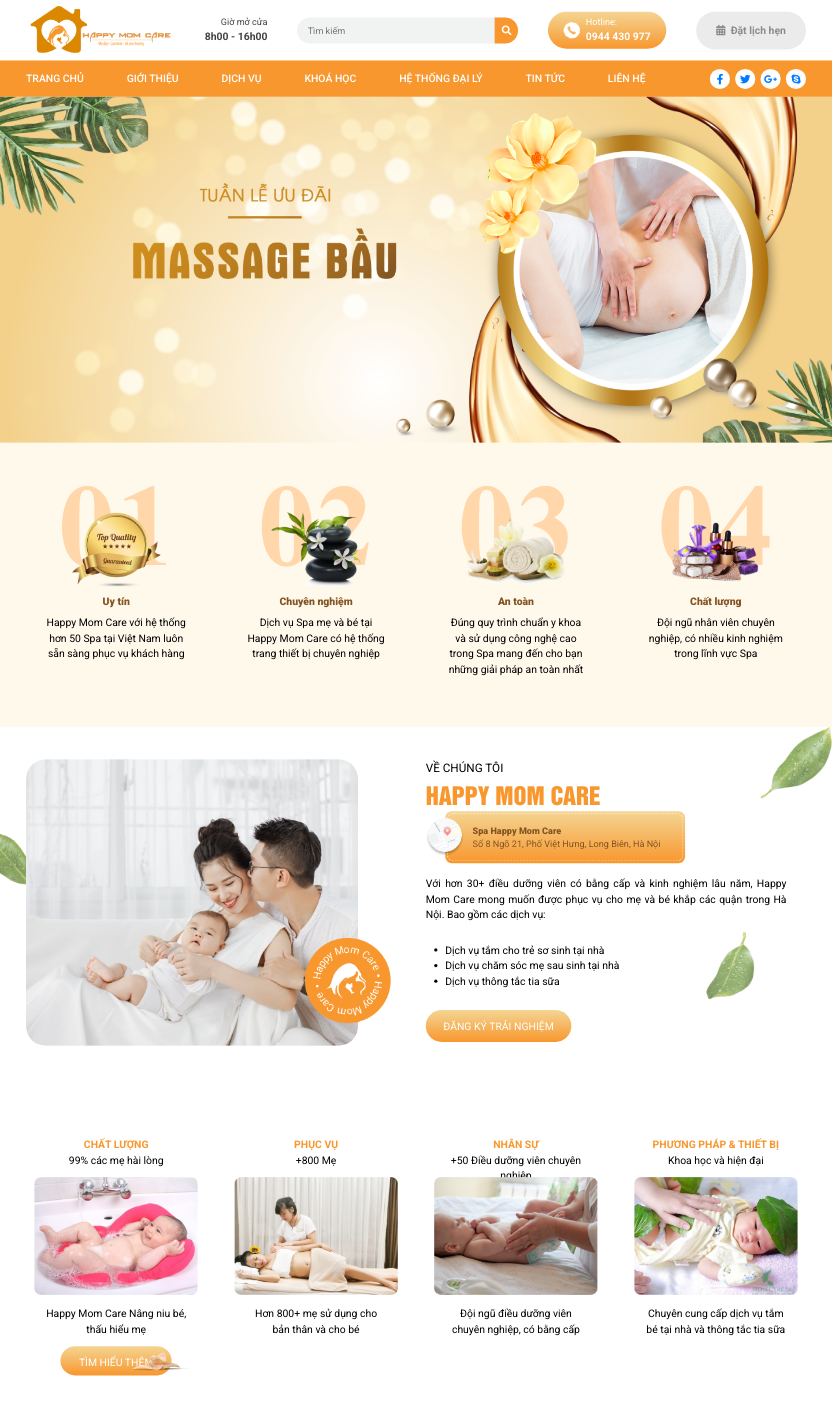
Repository: haianh12082001/happymom
Page: index.html
An editor plug-in stored every save of this project. The page is shown before and after the next save, followed by the edit.
The browser window is 1280 px wide. The pictures show the whole page, at 65% of full size.
Some web libraries are served in a nearby version. The style sheet was rebuilt from its Sass, Less or Tailwind sources for each picture, by a compiler version that may differ from the author's.

Above is the page before, as saved 2021-11-16 08:34:51.

### index.html
<!DOCTYPE html>
<html lang="en">
    <head>
        <meta charset="UTF-8" />
        <meta http-equiv="X-UA-Compatible" content="IE=edge" />
        <meta name="viewport" content="width=device-width, initial-scale=1.0" />
        <title>Document</title>
        <link href="https://fonts.googleapis.com/css2?family=Roboto:wght@300;400;500;700;900&display=swap" rel="stylesheet" />
        <link rel="stylesheet" href="./assets/fonts/fontawesome-free-5.15.3/css/all.min.css" />
        <link
            rel="stylesheet"
            href="https://cdn.jsdelivr.net/npm/bootstrap@4.6.0/dist/css/bootstrap.min.css"
            integrity="sha384-B0vP5xmATw1+K9KRQjQERJvTumQW0nPEzvF6L/Z6nronJ3oUOFUFpCjEUQouq2+l"
            crossorigin="anonymous"
        />
        <link rel="stylesheet" href="./assets/css/app.css" />
    </head>
    <body>
        <div class="topbar">
            <div class="topbar__container container">
                <div class="topbar__logo">
                    <img src="./assets/img/logo.png" alt="" />
                </div>
                <div class="topbar__openTime">
                    <div class="openTime__text">Giờ mở cửa</div>
                    <div class="openTime__time">8h00 - 16h00</div>
                </div>
                <div class="topbar__seach">
                    <input type="text" name="" id="" placeholder="Tìm kiếm" />
                    <button class="button__seach">
                        <i class="fas fa-search r"></i>
                    </button>
                </div>
                <div class="topbar__hotline">
                    <div class="hotline__icon">
                        <img src="./assets/img/icon__phone.png" alt="" />
                    </div>
                    <div class="hotline__text">
                        <p class="hotline__text--top">Hotline:</p>
                        <p class="hotline__text--bottom">0944 430 977</p>
                    </div>
                </div>
                <div class="topbar__book">
                    <div class="book__icon">
                        <i class="fas fa-calendar-alt"></i>
                    </div>
                    <p class="book__text">Đặt lịch hẹn</p>
                </div>
            </div>
        </div>
        <header class="header">
            <div class="header__container container">
                <ul class="header__list">
                    <li class="header__item">
                        <a href="#" class="header__link">Trang chủ</a>
                    </li>
                    <li class="header__item">
                        <a href="#" class="header__link">Giới thiệu</a>
                    </li>
                    <li class="header__item">
                        <a href="#" class="header__link">Dịch vụ</a>
                    </li>
                    <li class="header__item">
                        <a href="#" class="header__link">Khoá học</a>
                    </li>
                    <li class="header__item">
                        <a href="#" class="header__link">Hệ thống đại lý</a>
                    </li>
                    <li class="header__item">
                        <a href="#" class="header__link">Tin tức</a>
                    </li>
                    <li class="header__item">
                        <a href="#" class="header__link">Liên hệ</a>
                    </li>
                </ul>
                <ul class="header__social">
                    <li>
                        <a href="#">
                            <i class="fab fa-facebook-f"></i>
                        </a>
                    </li>
                    <li>
                        <a href="#">
                            <i class="fab fa-twitter"></i>
                        </a>
                    </li>
                    <li>
                        <a href="#">
                            <i class="fab fa-google-plus-g"></i>
                        </a>
                    </li>
                    <li>
                        <a href="#">
                            <i class="fab fa-skype"></i>
                        </a>
                    </li>
                </ul>
            </div>
        </header>
        <section class="banner">
            <div class="banner__content">
                <div class="banner__img">
                    <img src="./assets/img/banner/Rectangle 28.png" alt="" />
                </div>
                <!-- <div class="banner__phone">
                    <div class="icon">
                        <i class="fas fa-phone-alt"></i>
                    </div>
                    <div class="text">0944 430 977</div>
                </div> -->
            </div>
        </section>
        <section class="bannerAdv">
            <div class="bannerAdv__container container">
                <div class="row">
                    <div class="bannerAdv__item col-lg-3">
                        <div class="bannerAdv__item--top">
                            <div class="text">01</div>
                            <img src="./assets/img/bannerAdv/pngwing 6.png" alt="" />
                        </div>
                        <div class="bannerAdv__item--bottom">
                            <div class="name">Uy tín</div>
                            <p class="des">Happy Mom Care với hệ thống hơn 50 Spa tại Việt Nam luôn sẵn sàng phục vụ khách hàng</p>
                        </div>
                    </div>
                    <div class="bannerAdv__item col-lg-3">
                        <div class="bannerAdv__item--top">
                            <div class="text">02</div>
                            <img src="./assets/img/bannerAdv/pngwing 8.png" alt="" />
                        </div>
                        <div class="bannerAdv__item--bottom">
                            <div class="name">Chuyên nghiệm</div>
                            <p class="des">Dịch vụ Spa mẹ và bé tại Happy Mom Care có hệ thống trang thiết bị chuyên nghiệp</p>
                        </div>
                    </div>
                    <div class="bannerAdv__item col-lg-3">
                        <div class="bannerAdv__item--top">
                            <div class="text">03</div>
                            <img src="./assets/img/bannerAdv/pngwing 9.png" alt="" />
                        </div>
                        <div class="bannerAdv__item--bottom">
                            <div class="name">An toàn</div>
                            <p class="des">Đúng quy trình chuẩn y khoa và sử dụng công nghệ cao trong Spa mang đến cho bạn những giải pháp an toàn nhất</p>
                        </div>
                    </div>
                    <div class="bannerAdv__item col-lg-3">
                        <div class="bannerAdv__item--top">
                            <div class="text">04</div>
                            <img src="./assets/img/bannerAdv/pngwing 10.png" alt="" />
                        </div>
                        <div class="bannerAdv__item--bottom">
                            <div class="name">Chất lượng</div>
                            <p class="des">Đội ngũ nhân viên chuyên nghiệp, có nhiều kinh nghiệm trong lĩnh vực Spa</p>
                        </div>
                    </div>
                </div>
            </div>
        </section>
        <section class="introduce">
            <div class="introduce__container container">
                <div class="row">
                    <div class="col-lg-6">
                        <div class="introduce__img">
                            <img src="./assets/img/Rectangle 33.png" alt="" />
                        </div>
                    </div>
                    <div class="col-lg-6">
                        <div class="introduce__heading">Về chúng tôi</div>
                        <div class="introduce__name">Happy mom care</div>
                        <div class="introduce__address">
                            <div class="introduce__address--img">
                                <img src="./assets/img/Ellipse 29.png" alt="" />
                            </div>
                            <div class="introduce__address--text">
                                <p>Spa Happy Mom Care</p>
                                <span>Số 8 Ngõ 21, Phố Việt Hưng, Long Biên, Hà Nội</span>
                            </div>
                        </div>
                        <div class="introduce__text">
                            <p>
                                Với hơn 30+ điều dưỡng viên có bằng cấp và kinh nghiệm lâu năm, Happy Mom Care mong muốn được phục vụ cho mẹ và bé khắp các quận
                                trong Hà Nội. Bao gồm các dịch vụ:
                            </p>
                            <ul class="text__list">
                                <li>Dịch vụ tắm cho trẻ sơ sinh tại nhà</li>
                                <li>Dịch vụ chăm sóc mẹ sau sinh tại nhà</li>
                                <li>Dịch vụ thông tắc tia sữa</li>
                            </ul>
                        </div>
                        <div class="introduce__btn">
                            <a href="">Đăng ký trải nghiệm</a>
                        </div>
                    </div>
                </div>
            </div>
        </section>
        <section class="blog">
            <div class="blog__container container">
                <div class="row">
                    <div class="blog__item col-lg-3">
                        <div class="blog__name">Chất lượng</div>
                        <div class="blog__subname">99% các mẹ hài lòng</div>
                        <div class="blog__img">
                            <img src="./assets/img/blog/Rectangle 35 (3).png" alt="" />
                        </div>
                        <div class="blog__des">Happy Mom Care Nâng niu bé, thấu hiểu mẹ</div>
                        <div class="blog__btn">
                            <a href="">Tìm hiểu thêm</a>
                            <img class="blog__btn--img" src="./assets/img/blog/plant 1.png" alt="" />
                        </div>
                    </div>
                    <div class="blog__item col-lg-3">
                        <div class="blog__name">Phục vụ</div>
                        <div class="blog__subname">+800 Mẹ</div>
                        <div class="blog__img">
                            <img src="./assets/img/blog/Rectangle 35 (4).png" alt="" />
                        </div>
                        <div class="blog__des">Hơn 800+ mẹ sử dụng cho bản thân và cho bé</div>
                    </div>
                    <div class="blog__item col-lg-3">
                        <div class="blog__name">Nhân sự</div>
                        <div class="blog__subname">+50 Điều dưỡng viên chuyên nghiệp</div>
                        <div class="blog__img">
                            <img src="./assets/img/blog/Rectangle 35 (5).png" alt="" />
                        </div>
                        <div class="blog__des">Đội ngũ điều dưỡng viên chuyên nghiệp, có bằng cấp</div>
                    </div>
                    <div class="blog__item col-lg-3">
                        <div class="blog__name">PHƯƠNG PHÁP & THIẾT BỊ</div>
                        <div class="blog__subname">Khoa học và hiện đại</div>
                        <div class="blog__img">
                            <img src="./assets/img/blog/Rectangle 35 (6).png" alt="" />
                        </div>
                        <div class="blog__des">Chuyên cung cấp dịch vụ tắm bé tại nhà và thông tắc tia sữa</div>
                    </div>
                </div>
            </div>
        </section>
        <script type="text/javascript" src="https://code.jquery.com/jquery-1.11.0.min.js"></script>
        <script type="text/javascript" src="https://code.jquery.com/jquery-migrate-1.2.1.min.js"></script>
        <script
            src="https://cdnjs.cloudflare.com/ajax/libs/bootstrap/4.6.0/js/bootstrap.min.js"
            integrity="sha512-XKa9Hemdy1Ui3KSGgJdgMyYlUg1gM+QhL6cnlyTe2qzMCYm4nAZ1PsVerQzTTXzonUR+dmswHqgJPuwCq1MaAg=="
            crossorigin="anonymous"
            referrerpolicy="no-referrer"
        ></script>
        <script type="text/javascript" src="https://cdn.jsdelivr.net/npm/slick-carousel@1.8.1/slick/slick.min.js"></script>
        <script src="./assets/js/main.js"></script>
    </body>
</html>

### assets/sass/app.scss
@import "variables";
@import "reset";
@import "global";
@import "topbar";
@import "header";
@import "banner";
@import "bannerAdv";
@import "introduce";
@import "blog";

### assets/sass/_variables.scss
$font-family: "Roboto", sans-serif;
$color-global: #f8972e;
$text-color: #000000;

### assets/sass/_reset.scss
html {
    box-sizing: border-box;
    scroll-behavior: smooth;
}
* {
    margin: 0;
    padding: 0;
}
*,
*:before,
*:after {
    box-sizing: border-box;
}
input,
textarea,
select,
button {
    outline: none;
}
input {
    line-height: normal;
    outline: none;
    box-shadow: none;
}
input:focus {
    outline: 0;
    border: none;
    box-shadow: none;
}
ul,
li {
    margin: 0;
    padding: 0;
    list-style: none;
}
label,
button {
    cursor: pointer;
}
a {
    text-decoration: none;
    &:hover {
        text-decoration: none;
    }
}
img {
    display: block;
    max-width: 100%;
}

### assets/sass/_global.scss
@font-face {
    font-family: "UTM";
    font-display: swap;
    src: url("../fonts/word/UTM\ HelvetIns.ttf") format("truetype");
}
@font-face {
    font-family: "Time";
    font-display: swap;
    src: url("../fonts/word/timesbd.ttf") format("truetype");
}
body {
    font-family: $font-family;
    margin: 0;
    padding: 0;
    width: 100%;
    font-size: 16px;
    color: $text-color;
}
.container {
    max-width: 1230px;
    margin: 0 auto;
    padding: 0 15px;
}

### assets/sass/_header.scss
.header {
    // height: 59px;
    background: $color-global;
    &__container {
        display: flex;
        justify-content: space-between;
        align-items: center;
    }
    &__list {
        display: flex;
        justify-content: space-between;
        text-transform: uppercase;
        align-items: center;
        // column-gap: 66px;
    }
    &__item {
        margin-left: 66px;
        padding: 16px 0;
        &:first-child {
            margin-left: 0;
        }
    }
    &__link {
        color: #fff;
        font-weight: 500;
    }
    &__social {
        display: flex;
        align-items: center;
        li {
            width: 31px;
            height: 31px;
            background: #fff;
            border-radius: 50%;
            margin-left: 8px;
            i {
                display: flex;
                height: 100%;
                justify-content: center;
                align-items: center;
            }
        }
    }
}

### assets/sass/_banner.scss
.banner {
    position: relative;
    &__img img {
        width: 100%;
        max-height: 598px;
    }
    &__phone {
        color: #845522;
        display: flex;
        .text {
            font-family: "UTM";
        }
    }
}

### assets/sass/_bannerAdv.scss
.bannerAdv {
    background: #fff9ec;
    padding: 25px 0 60px;
    &__container {
    }
    &__item {
        padding: 0px 46px;
        display: flex;
        flex-direction: column;
        align-items: center;
        &--top {
            position: relative;
            display: inline-block;
            max-width: 180px;
            height: 207px;

            .text {
                color: #ffd7ab;
                font-size: 180px;
                font-weight: 700;
                font-family: "Time";
                line-height: 206px;
            }
            img {
                position: absolute;
                bottom: 10px;
                left: 50%;
                transform: translateX(-50%);
            }
        }
        &--bottom {
            text-align: center;
            .name {
                color: #845522;
                margin-bottom: 9px;
                font-weight: 900;
            }
        }
    }
}

### assets/sass/_blog.scss
.blog {
    padding-top: 40px;
    &__item {
        padding: 40px 28px 55px 28px;
    }
    &__name {
        text-align: center;
        text-transform: uppercase;
        color: $color-global;
        font-weight: 700;
    }
    &__subname {
        text-align: center;
        // margin-bottom: 13px;
        height: 38px;
    }
    &__des {
        text-align: center;
        padding: 17px;
        display: -webkit-box;
        -webkit-line-clamp: 2;
        -webkit-box-orient: vertical;
        overflow: hidden;
        text-overflow: ellipsis;
        word-break: break-word;
        // height: 59px;
    }
    &__btn {
        text-align: center;
        margin-top: 10px;
        position: relative;
        a {
            padding: 15px 28px 11px 28px;
            background: linear-gradient(180deg, #f4d593 0%, #f8972e 100%);
            border-radius: 50px;
            text-transform: uppercase;
            color: #fff;
        }
        &--img {
            position: absolute;
            bottom: 0;
            right: 0;
        }
    }
}

Loaded but not shown: assets/fonts/fontawesome-free-5.15.3/css/all.min.css (library); assets/sass/_introduce.scss (117 lines, source omitted); assets/sass/_topbar.scss (95 lines, source omitted); assets/js/main.js (no copy from this time; the picture is the same without it)

After the next save:
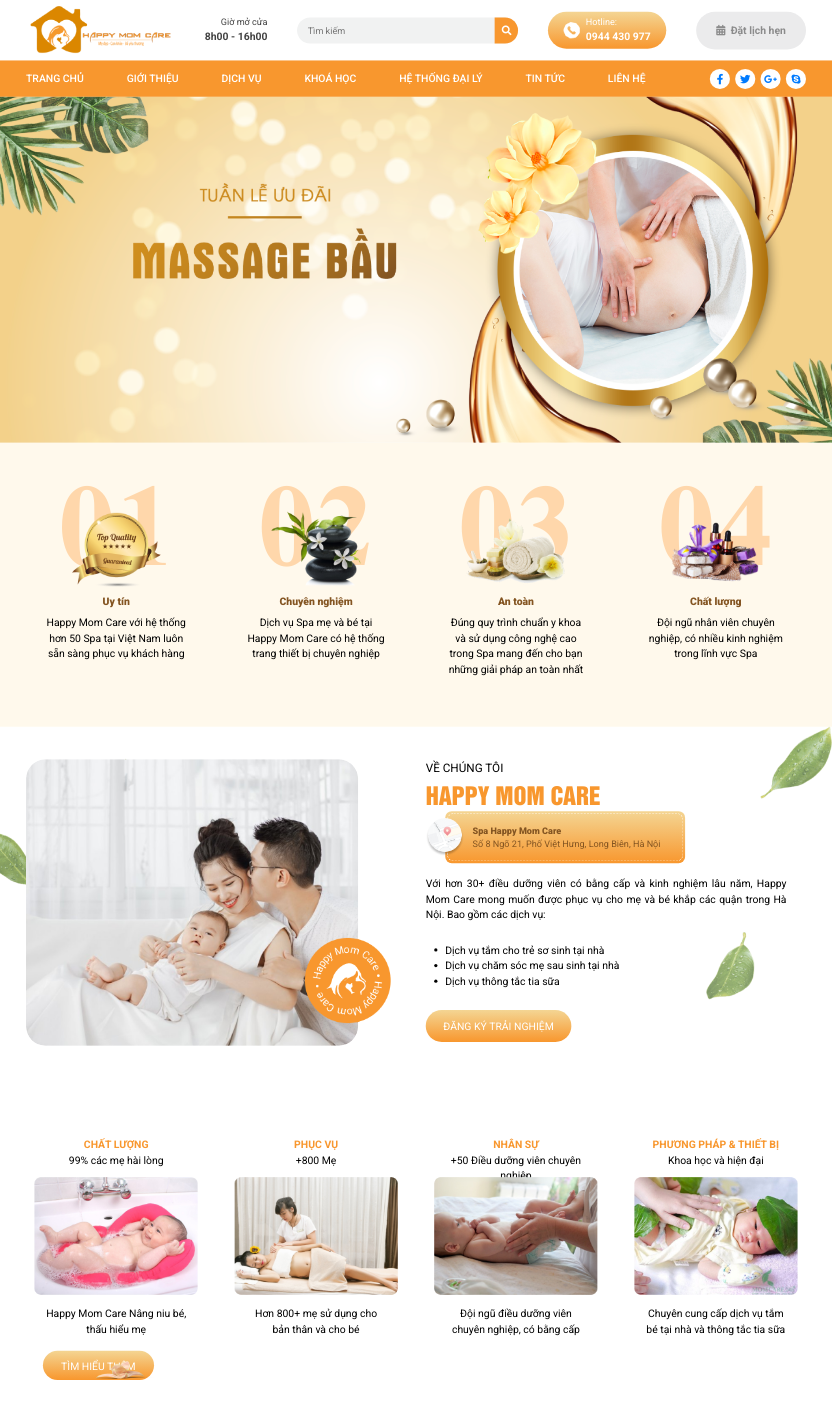
Saved 2 min 5 s later.
--- a/index.html
+++ b/index.html
@@ -204,7 +204,7 @@
                             <img src="./assets/img/blog/Rectangle 35 (3).png" alt="" />
                         </div>
                         <div class="blog__des">Happy Mom Care Nâng niu bé, thấu hiểu mẹ</div>
-                        <div class="blog__btn">
+                        <div class="blog__btn btn">
                             <a href="">Tìm hiểu thêm</a>
                             <img class="blog__btn--img" src="./assets/img/blog/plant 1.png" alt="" />
                         </div>

After the save that followed:
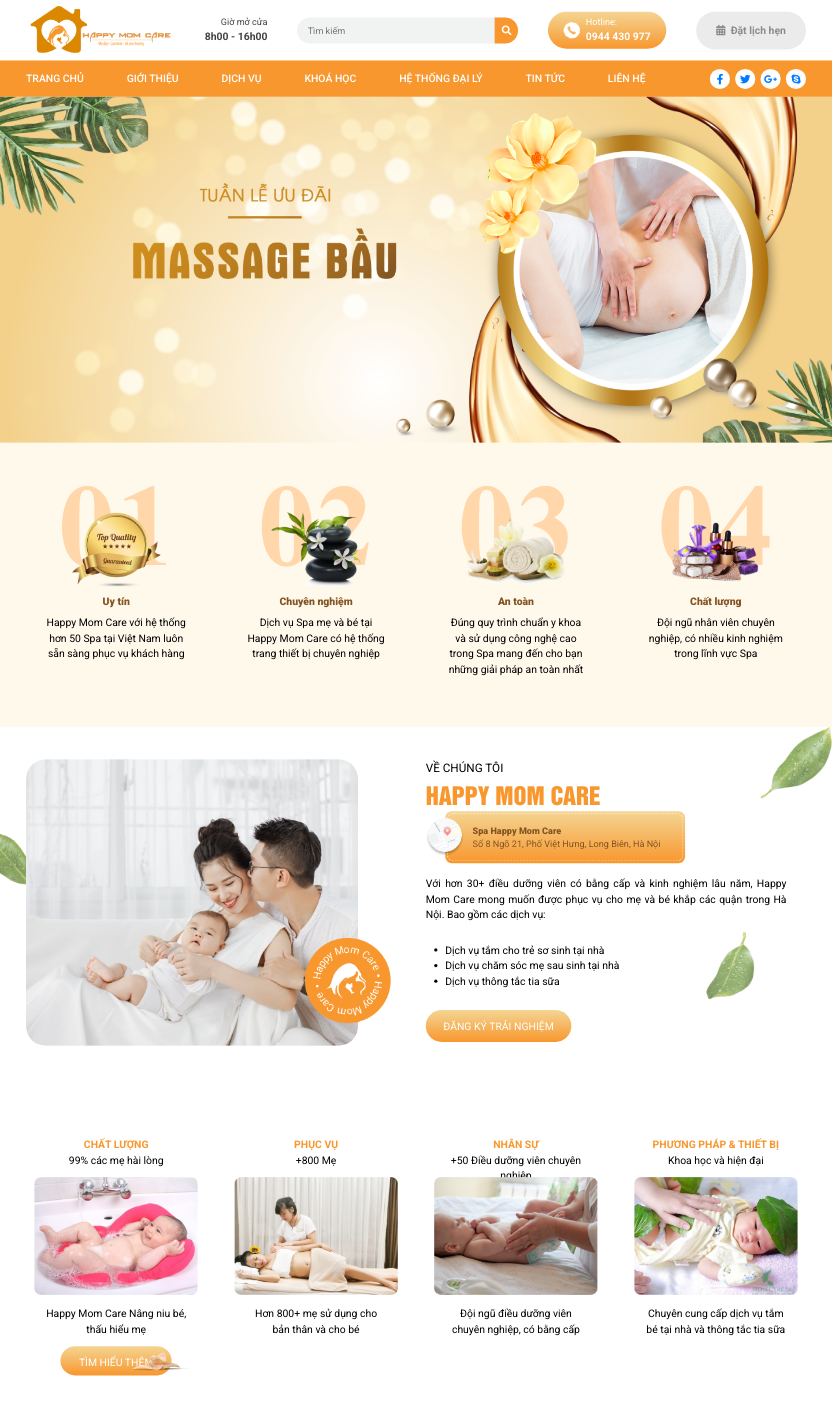
Saved 2 min 6 s later.
--- a/index.html
+++ b/index.html
@@ -204,7 +204,7 @@
                             <img src="./assets/img/blog/Rectangle 35 (3).png" alt="" />
                         </div>
                         <div class="blog__des">Happy Mom Care Nâng niu bé, thấu hiểu mẹ</div>
-                        <div class="blog__btn btn">
+                        <div class="blog__btn">
                             <a href="">Tìm hiểu thêm</a>
                             <img class="blog__btn--img" src="./assets/img/blog/plant 1.png" alt="" />
                         </div>
